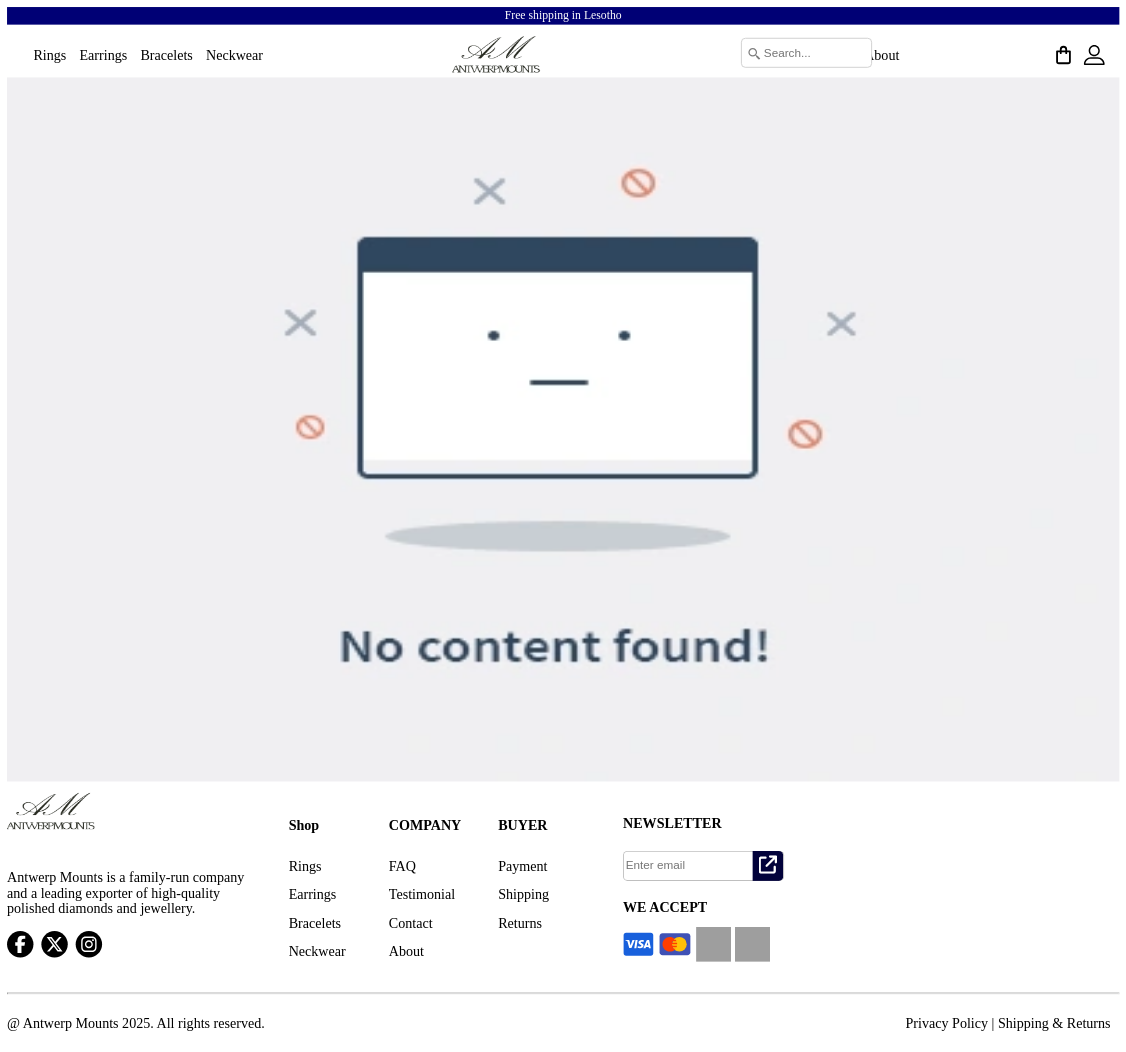
Repository: kea-0424/Web-Development-Project-1
Page: First_collaboration/JewelarySite.html
These files come from the project's save history. The page is drawn as it stood at one moment and after a run of saves; the edit follows.
The browser window is 1280 px wide. The pictures show the whole page, at 88% of full size.
Pictures or frames that could not be fetched are drawn as grey boxes.

Above is the page before, as saved 2025-01-23 14:22:36.

### First_collaboration/JewelarySite.html
<!DOCTYPE html>
<html lang="en">
<head>
    <meta charset="UTF-8">
    <meta name="viewport" content="width=device-width, initial-scale=1.0">
    <title>Document</title>
    <link rel="stylesheet" href="./JewelarySite.css">
</head>
<body>
    <header>
        <div class="notification">
            <span>Free shipping in Lesotho</span>
        </div>
        <nav>
                <ul class="navigations"  id="right_nav">
                    <li class="navbar_links"><a href="#">Rings</a></li>
                    <li class="navbar_links"><a href="#">Earrings</a></li>
                    <li class="navbar_links"><a href="#">Bracelets</a></li>
                    <li class="navbar_links"><a href="#">Neckwear</a></li>
                </ul>

            <div class="logo_container">
<img src="Main_Logo-removebg-preview.png" alt="Logo" class="main_logo" id="Nav_logo">
            </div>
                <ul class="navigations" id="left_nav">
                    <li class="navbar_links"><a href="#">FAQ</a></li>
                    <li class="navbar_links"><a href="#">Help</a></li>
                    <li class="navbar_links"><a href="#">About</a></li>
                </ul>
                <form action="#">
                    <div class="searchbar_container">
                        <img src="./bx-search-alt-2.svg" alt="icon" class="searchbar_icon">
                        <input class='searchbar' type="text" placeholder="Search...">
                    </div>
                </form>
                <div class="nav_icons">

                    <img src="./cart.svg" alt="Logo" class="icon">
                    <img src="./profile.svg" alt="Logo" class="icon">
                </div>
        </nav>
    </header>
    <main>
        <img src="./NoContent.webp" alt="No_Content" class="No_Content">
    </main>
    <footer>
        <div class="about_us">
            <div class="logo_container">
                <img src="Main_Logo-removebg-preview.png" alt="Logo" class="main_logo">
                            </div>
                            <div class="bio">
                                <p>Antwerp Mounts is a family-run company<br>
                                    and a leading exporter of high-quality<br>
                                   polished diamonds and jewellery.</p>
                            </div>
                                <div class="social_media">
                                    <div class="socials1" >
                                        <a href="#"><img src="./facebook-f-brands-solid.svg" alt="Facebook" id="facebook_link"></a>
                                    </div>
                                    <div class="socials2">
                                        <a href="#"><img src="./x-twitter-brands-solid.svg" alt="Twitter" id="X_link"></a>
                                    </div>
                                    <div class="socials2">
                                        <a href="#"><img src="./instagram-brands-solid.svg" alt="Instagram" id="instagram_link"></a>
                                    </div>
                                    </div>
        </div>
        <div class="navigation">
            <div class="list1">
                <h4>Shop</h4>
                <ul class="footer_lists">
                    <li><a href="#">Rings</a></li>
                    <li><a href="#">Earrings</a></li>
                    <li><a href="#">Bracelets</a></li>
                    <li><a href="#">Neckwear</a></li>
                </ul>
            </div>
            <div class="list2">
               <h4>COMPANY</h4>
               <ul class="footer_lists">
                <li><a href="#">FAQ</a></li>
                <li><a href="#">Testimonial</a></li>
                <li><a href="#">Contact</a></li>
                <li><a href="#">About</a></li>
               </ul>
            </div>
            <div class="list3">
                <h4>BUYER</h4>
                <ul class="footer_lists">
                    <li><a href="#">Payment</a></li>
                    <li><a href="#">Shipping</a></li>
                    <li><a href="#">Returns</a></li>
                </ul>
            </div>
        </div>
        <div class="Subscription">
            <h4>NEWSLETTER</h4>
            <form action="#">
                <div class="input_container">
                    <input type="text" placeholder="Enter email" class="newsletter_input">
                    <button type="submit" class="submit_btn"><img src="./arrow-up-right-from-square-solid.svg" alt="arrow"></button>
                </div>
            </form>
            <h4>WE ACCEPT</h4>
            <div class="payment_methods">
                <div class="payment_method">
                    <img src="./cc-visa-brands-solid.svg" alt="visa" id="visa">
                </div>
                <div class="payment_method">
                    <img src="mastercard.svg" alt="mastercard" id="mastercard">
                </div>
                <div class="payment_method">
                    <img src="./paypal.svg" alt="paypal" id="paypal">
        </div>
        <div class="payment_method">
            <img src="./skrill.svg" alt="skrill" id="skrill">
        </div>
            </div>
        </div>
        <hr>
        <div class="copyright">
            <p class="left_details">@ Antwerp Mounts 2025. All rights reserved.</p>
            <p class="right_details">Privacy Policy | Shipping & Returns</p>
        </div>
    </footer>
    <script>
    let cartElements = 0;
     const cart = document.getElementById("");
    </script>
</body>
</html>

### First_collaboration/JewelarySite.css

body {
    box-sizing: border-box;
}
.notification {
    background-color: rgb(0 0 117);
    color: rgb(255 255 255);
    display: flex;
    align-items: center;
    justify-content: center;
    font-size: smaller;
    width: inherit;
    height: 20px;
}
nav {
    display: flex;
    justify-content: space-between;
    /*padding: 10px;*/
}
.main_logo {
    height: 80px;
    width: 100px;
    margin-top: 0;

}
#Nav_logo {
    margin: 0 auto;
    position: absolute;
    left: 40%;
}
.navigations,.navbar_links {
    list-style-type: none;
    display: flex;
    justify-content: space-between;
list-style: none;
text-decoration: none;
color: inherit;
margin-right: 15px;
padding: 0;
}
nav {
    position:relative;
    width: 100%;
    height: 60px
}

a {
    text-decoration: none;
color: inherit;
}
a:hover {
    /*font-size: larger;*/
    transition: font-size 0.2s ease-in-out;
    position: relative;
    /*background-color: blue;*/
    color: rgba(0 0 255 / 0.26);
    border-radius: 3px;
}
main,.No_Content {
    width: 100%;
    height: 800px;
}
.searchbar {
    width: 120px;
    height: 30px;
    border-radius: 5px;
    border: 1px solid #ccc;
    margin-top: 18px;
    padding-left: 25px;
    position: absolute;
    bottom: 1px;
}
.searchbar_container{
/*border: 1px solid red;*/
    width: 120px;
    height: 30px;
    position: relative;
    left:300px;
    top: 20px;
}
.searchbar_icon{
    position: absolute;
    z-index: 1;
    margin-left: 7px;
    opacity: 0.5;
    height: 17px;
    width: 17px;
    top: 5px;
}
.navbar_links {
    margin-top: 10px;
}
.icon {
    width: 25px;
    height: 25px;
    margin-top: 22px;
    margin-right: 6px;
}
#left_nav{
    position: absolute;
    right: 220px;
}
#right_nav {
    position: absolute;
    left: 30px;
}
.nav_icons {
    margin-right: 10px;
}
.socials1, .socials2, .socials3 {
   /*border: 1px solid red;*/
    display: inline-block;
    height: 30px;
    width: 30px;
    background-color: black;
    border-radius: 50%;
    margin-right: 5px;
    padding: 5px;
    box-sizing: border-box;
}
.bio {
    /*border: 1px solid red;*/
    display: inline-block;
}
#facebook_link{
    height: 20px;
    width: 20px;
}
#instagram_link {
    height: 20px;
    width: 20px;
}
#X_link {
    height: 20px;
    width: 20px;
    display: inline-block;
}
/*.list1,.list2,.list3*/.navigation{
    /*border: 1px solid red;*/
    display: inline-block;
    position: absolute;
    left: 320px;
    top: 20px;
box-sizing: border-box;
}
footer {
    /*border: 1px solid red;*/
    position: relative;
}
.list1,.list2,.list3 {
    /*border: 1px solid red;*/
    display: inline-block;
    box-sizing: border-box;
    margin-right: 5px;
}
.list3 {
    position: relative;
    bottom: 32px;
}
.footer_lists {
    position: relative;
    right: 40px;
    list-style: none;
    line-height: 2em;
}
.input_container{
    /*border: 1px solid red;*/
    display: inline;
    height: 33px;
    position: relative;
    border-radius: 5px;
    z-index: 1
}
.newsletter_input {
    height: 30px;
    overflow: hidden;
    border-radius: 5px;
    border: 1px solid rgba(0 0 0 / 0.25);
    /*z-index: 1;*/
}
.submit_btn {
    background-color: rgb(2 2 59);
    border: 1px solid transparent;
    height: 34px;
    width: 35px;
    position: absolute;
right: 1px;
    border-radius:0px 5px 5px 0px;
}
#visa, #mastercard, #paypal, #skrill {
    height: 40px;
    width: 40px;
}
#visa {
    height: 30px;
    width: 35px;
    position: relative;
    bottom: 5px;
}
#visa:hover, #mastercard:hover, #paypal:hover, #skrill:hover {
    height: 50px;
    width: 50px;
}
.payment_method {
    /*border: 1px solid red;*/
    display: inline-block;
    position: relative;
    bottom: 8px;
}
.Subscription {
/*border: 1px solid red;*/
display: inline;
position: absolute;
left: 700px;
top:18px;
}
hr {
    margin-top: 40px;
}
.copyright {
   /* border: 1px solid red;*/
    position: relative;
}
.left_details {
    /*border: 1px solid red;*/
    display: inline-block;
}
.right_details {
    /*border: 1px solid red;*/
    display: inline;
    position: absolute;
    right: 10px;
}

After the next 4 saves:
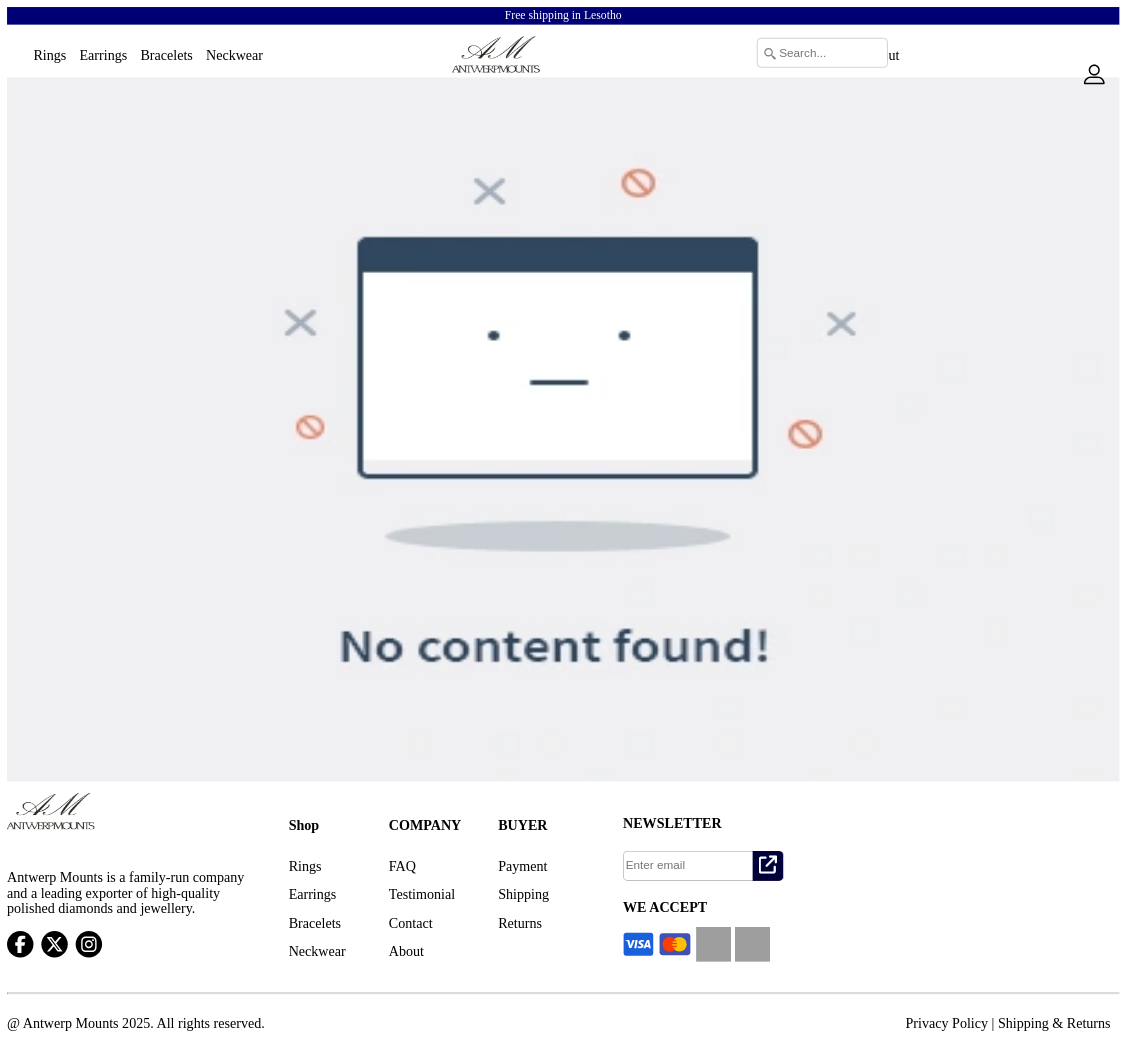
The 4 saves are shown as one change because they came seconds apart.
The last was saved 11 s later.
--- a/First_collaboration/JewelarySite.html
+++ b/First_collaboration/JewelarySite.html
@@ -34,7 +34,7 @@
                     </div>
                 </form>
                 <div class="nav_icons">
-
+                    <p id=""
                     <img src="./cart.svg" alt="Logo" class="icon">
                     <img src="./profile.svg" alt="Logo" class="icon">
                 </div>
